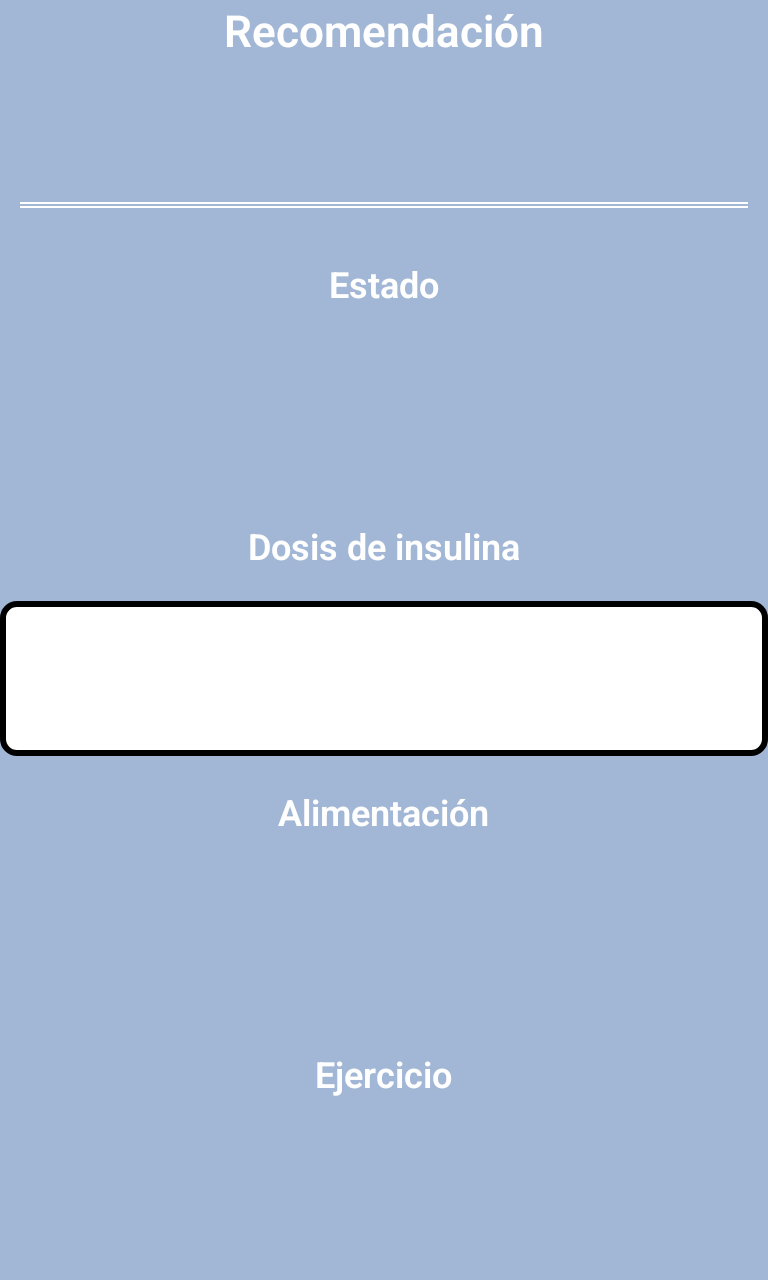
Repository: HectorGarciaMiguel/ssii-diabetes-060036
Layout: SeguimientoDiabetes/res/layout/activity_recomendacion.xml
These files come from the project's save history. The layout is drawn as it stood at one moment and after the next save; the edit follows.
It is drawn on a 768 x 1280 px phone screen (xhdpi) without system bars, with theme AppTheme; the app's code is not run.

Above is the layout before, as saved 2015-11-17 10:09:06.

After the next save:
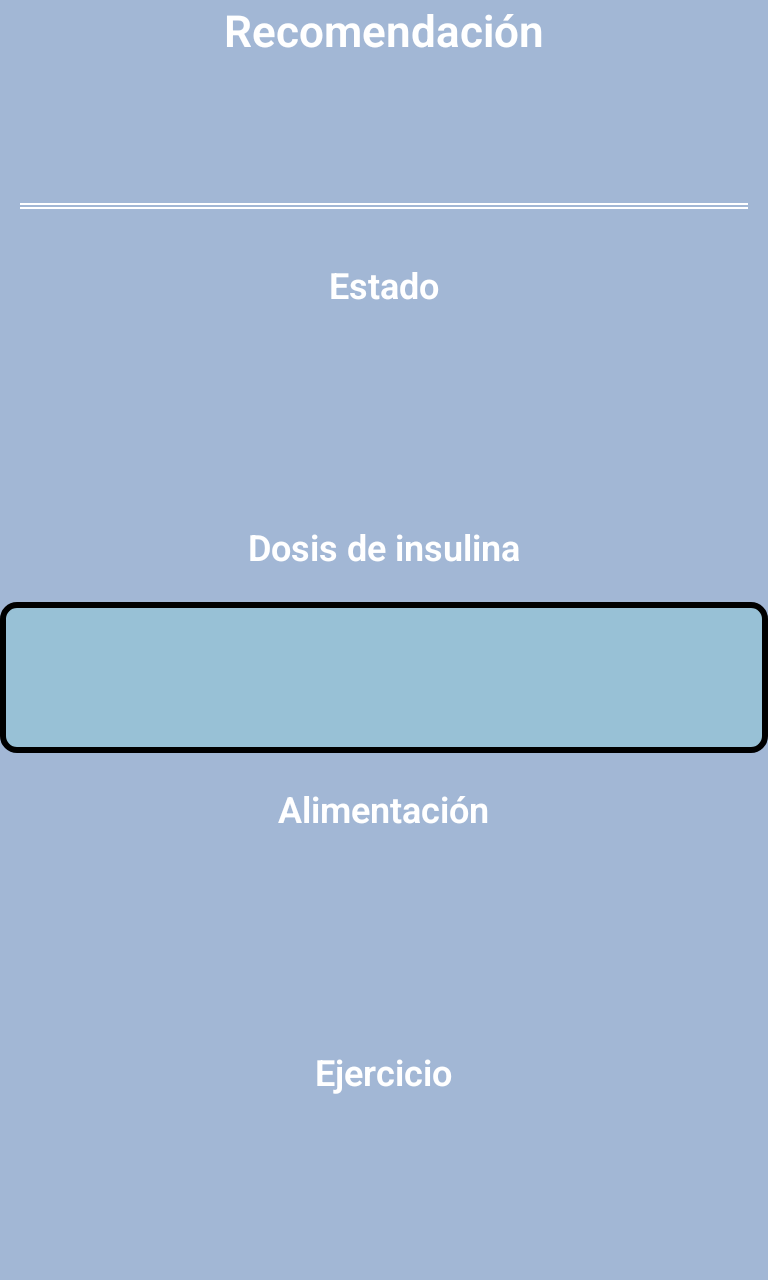
Saved 75 s later.
--- a/SeguimientoDiabetes/res/drawable/sombreado.xml
+++ b/SeguimientoDiabetes/res/drawable/sombreado.xml
@@ -1,17 +1,10 @@
 <?xml version="1.0" encoding="UTF-8"?>
 <shape xmlns:android="http://schemas.android.com/apk/res/android">
-    <solid android:color="#ffffffff"/>
+    <solid android:color="#3069E6D7"/>
 
     <stroke android:width="3dp"
             android:color="#ff000000"
             />
 
-    <padding android:left="1dp"
-             android:top="1dp"
-             android:right="1dp"
-             android:bottom="1dp"
-             />
-
-    <corners android:bottomRightRadius="7dp" android:bottomLeftRadius="7dp"
-     android:topLeftRadius="7dp" android:topRightRadius="7dp"/>
+    <corners android:radius="7dp"/>
 </shape>
